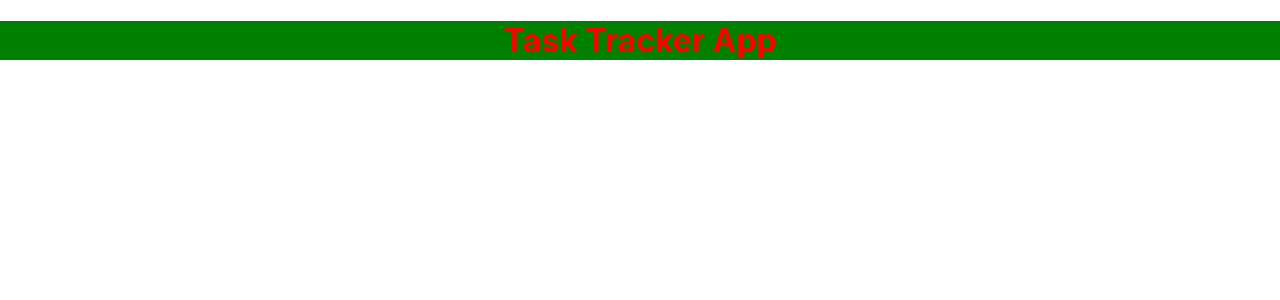
Repository: feyroozecode/task_tracker
Page: /
An editor plug-in stored every save of this project. The page is shown before and after a run of saves, followed by the edit.
The browser window is 1280 px wide. The pictures show the whole page.
The project was rebuilt for these pictures with package versions that can differ from the ones it lists, and the page was loaded fresh each time.

Above is the page before, as saved 2023-10-19 16:04:44.

After the next 2 saves:
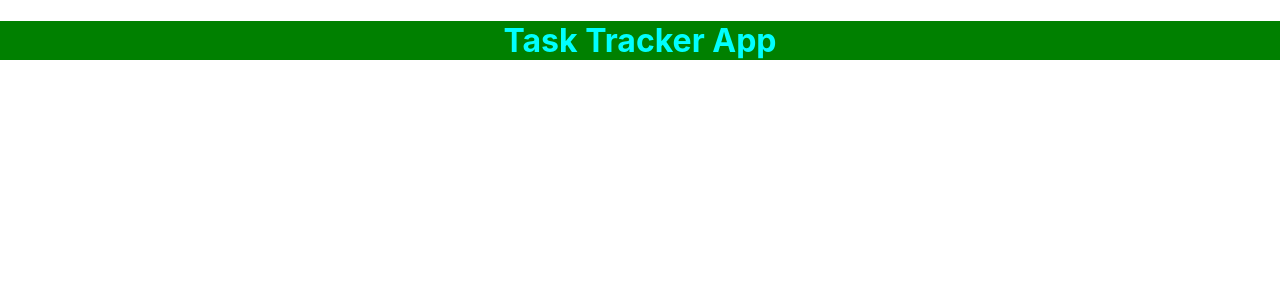
The 2 saves are shown as one change because they came seconds apart.
The last was saved 13 s later.
--- a/src/components/Header.js
+++ b/src/components/Header.js
@@ -3,7 +3,7 @@ import PropTypes from 'prop-types'
 const Header = ({ title }) => {
     return (
         <header>
-            <h1 style={{ color: 'red', backgroundColor: 'green', textAlign: 'center' }}> { title } </h1>
+            <h1 style={{ color: 'cyan', backgroundColor: 'green', textAlign: 'center' }}> { title } </h1>
         </header>
     )
 }
